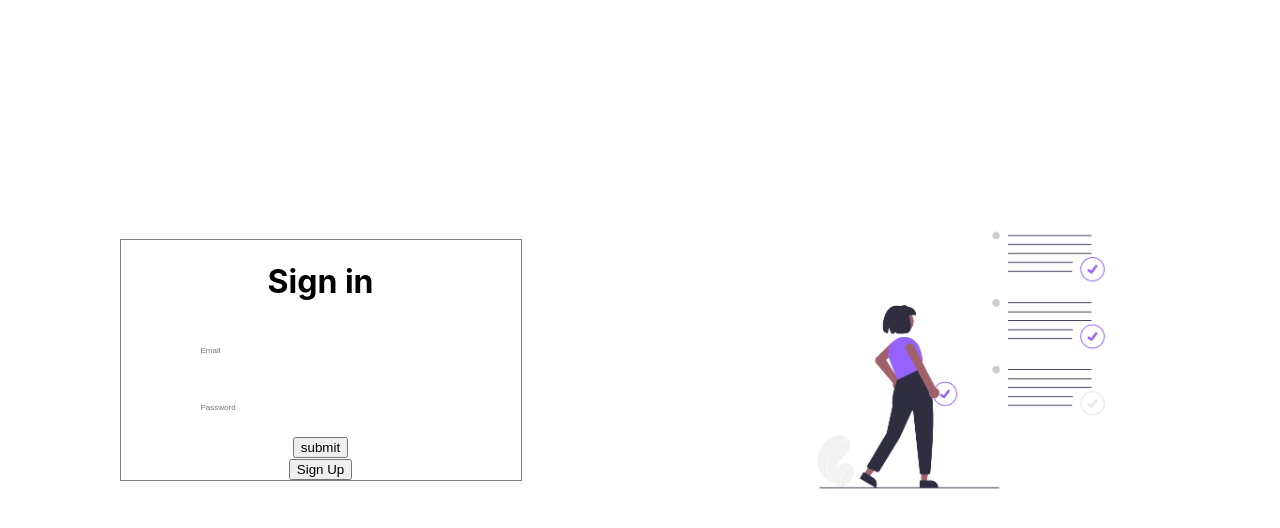
Repository: EEOOOO/wanted-pre-onboarding-fe
Page: / (app in to-do-list-app/)
An editor plug-in stored every save of this project. The page is shown before and after the next save, followed by the edit.
The browser window is 1280 px wide. The pictures show the whole page.
The project was rebuilt for these pictures with package versions that can differ from the ones it lists, and the page was loaded fresh each time. Also part of the build but not shown: to-do-list-app/src/components/sign_in/sign_in.module.css, to-do-list-app/src/components/sign_up/sign_up.module.css, to-do-list-app/src/components/sign_up/sign_up.jsx, to-do-list-app/src/components/todoList/todo_list.jsx.

Above is the page before, as saved 2022-08-22 00:07:30.

After the next save:
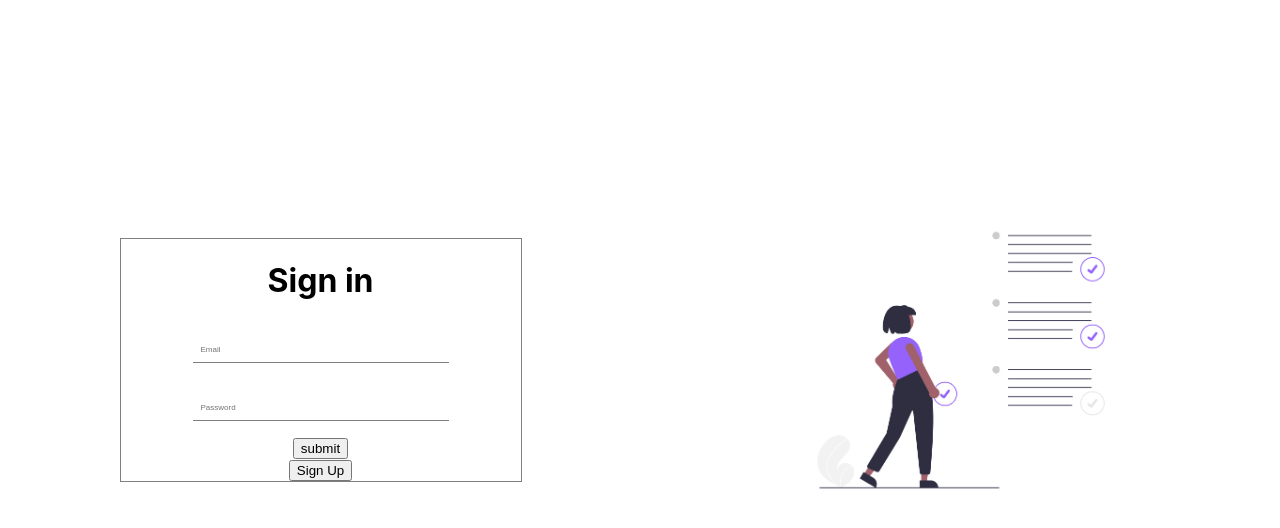
Saved 4 s later.
--- a/to-do-list-app/src/components/login_input_form/login_input_form.module.css
+++ b/to-do-list-app/src/components/login_input_form/login_input_form.module.css
@@ -10,5 +10,5 @@ input {
   padding: 0.5rem;
   margin: 1rem;
   border: none;
-  border-bottom: 0.5px solig gray;
+  border-bottom: 0.5px solid gray;
 }
